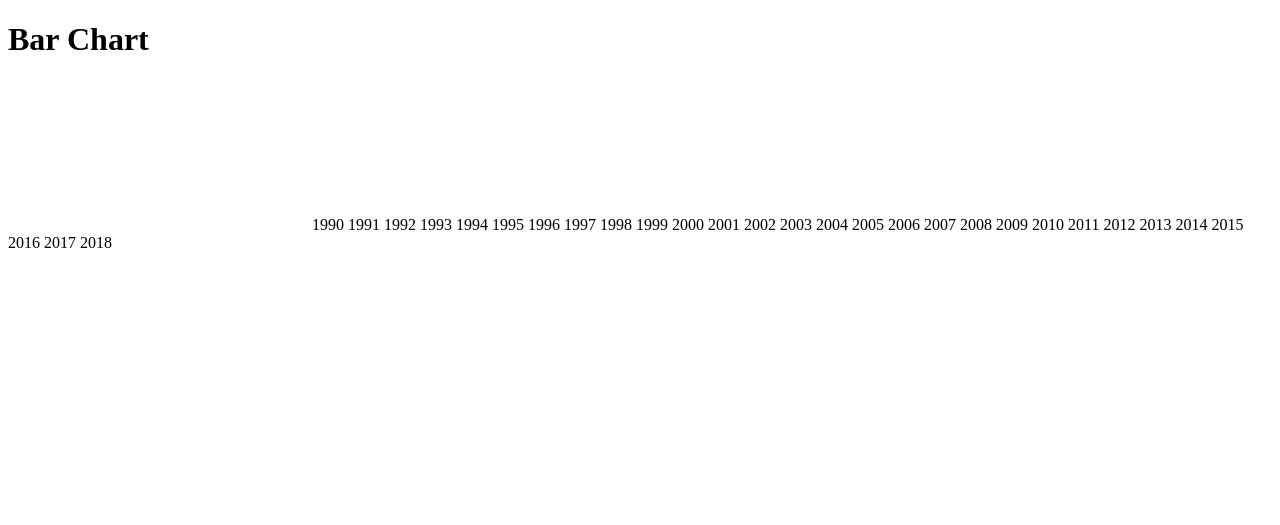
Repository: komalharjani/d3js-visualisation
Page: index.html
These files come from the project's save history. The page is drawn as it stood at one moment and after the next save; the edit follows.
The browser window is 1280 px wide. The pictures show the whole page.

Above is the page before, as saved 2020-04-29 13:37:12.

### index.html
<!DOCTYPE html>
<html lang="en">
<head>
    <meta charset="UTF-8">
    <meta name="viewport" content="width=device-width, initial-scale=1.0">
    <title>Information Visualisation Practical 3</title>
</head>
<body>

    <div id="my_dataviz"></div>
    <h1>Bar Chart</h1>
    <svg class="bar-chart"></svg>
</body>
<script src="https://d3js.org/d3.v5.min.js"></script>
<script src="index.js"></script>
</html>

### index.js

let dataPath = "data/energy.csv";
d3.csv(dataPath)
        .then(function (data) {

                /**
                 * Boundaries
                 */
                let dateBoundaries = d3.extent(data, function (d) {
                        return parseFloat(d.year);
                });

                let energyBoundaries = d3.extent(data, function (d) {
                        return parseFloat(d.amount);
                });

                //Averages (rollup example)
                var energyAvgType = d3.nest()
                        .key(function (d) {
                                return d.type;
                        })
                        .rollup(function (v) {
                                return d3.mean(v, function (d) {
                                        return d.amount;
                                });
                        })
                        .entries(data);

                /**
                 * Combined USTOTAL Energy Use split by year, type and energy source
                 */
                let usTotal = d3.nest()
                        .key(function (d) {
                                if (d.region == "Combined") { return d.year }
                        })
                        .key(function (d) {
                                return d.type;
                        })
                        .key(function (d) {
                                return d.energySrc;
                        })
                        .entries(data);
                usTotal.shift();
                console.log(usTotal);
                console.log(usTotal[0]);

                var body = d3.select("body")
                .selectAll("span")
                .data(usTotal)
                .enter()
                .append("span")
                .text(function(d) {
                        return d.key + "\n"});

                //INSERT BAR CHART HERE

        });

After the next save:
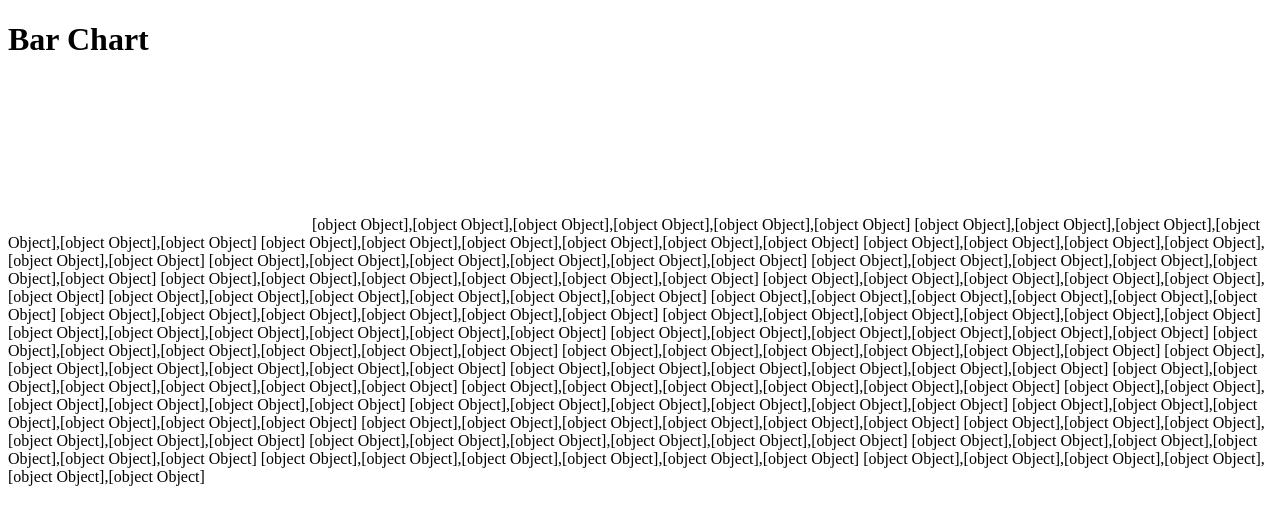
Saved 15 s later.
--- a/index.js
+++ b/index.js
@@ -50,7 +50,7 @@ d3.csv(dataPath)
                 .enter()
                 .append("span")
                 .text(function(d) {
-                        return d.key + "\n"});
+                        return d.values + "\n"});
 
                 //INSERT BAR CHART HERE
 
